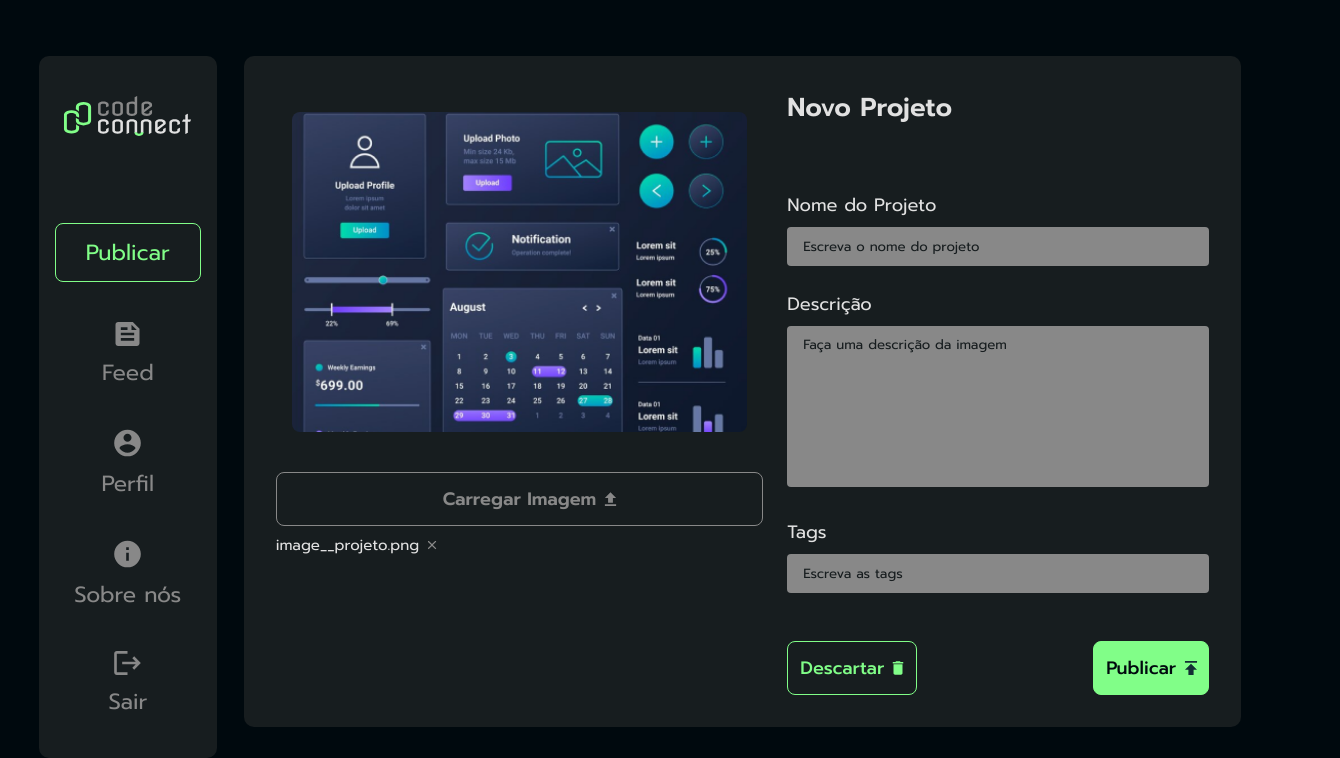
Repository: joaoPraiaJunior/async_await
Page: index.html
An editor plug-in stored every save of this project. The page is shown before and after the next save, followed by the edit.
The browser window is 1280 px wide. The page is 1280 px wide, then 1340 px, then 1280 px, so the pictures cover 1340 px, including what lies to the right of the window. The pictures show the whole page.

Above is the page before, as saved 2024-08-27 00:23:13.

After the next save:
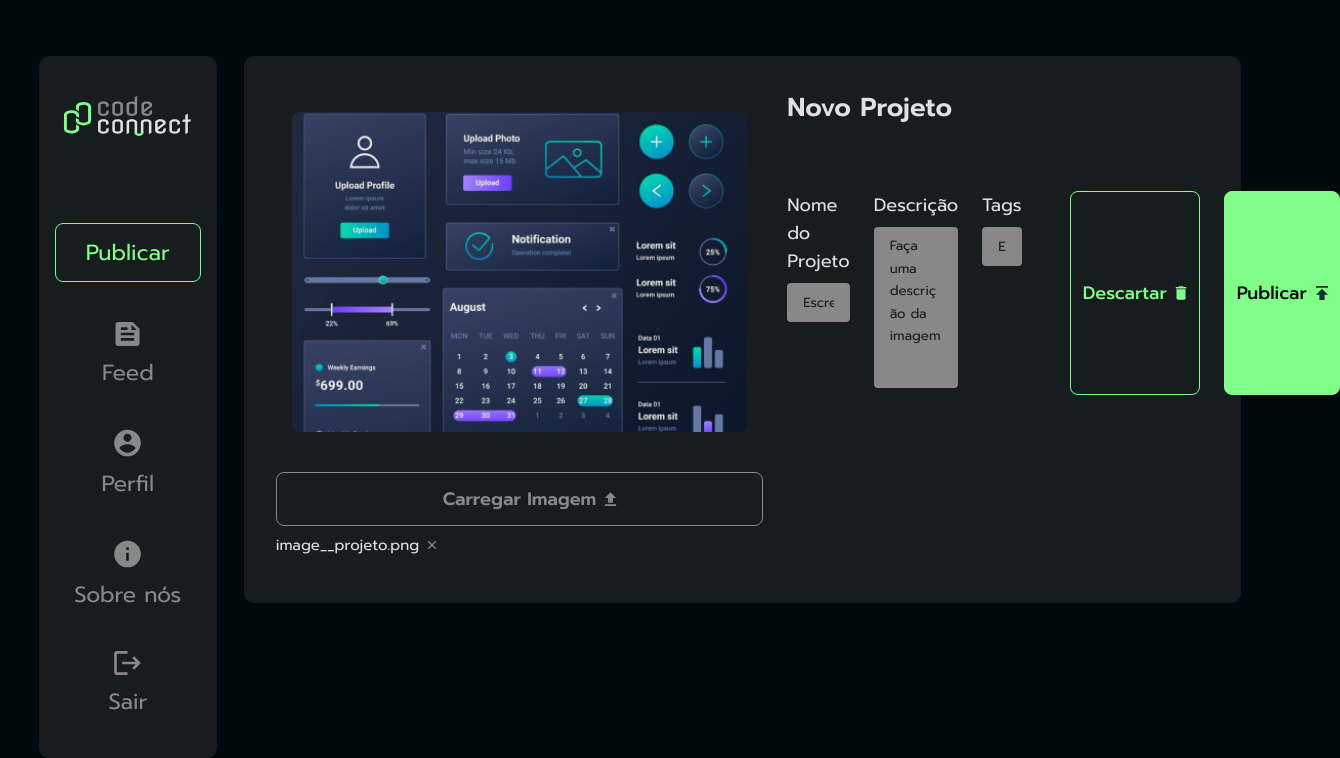
Saved 77 s later.
--- a/index.html
+++ b/index.html
@@ -27,14 +27,13 @@
     </aside>
 
     <main class="l-principal">
-        <form class="c-formulario__acoes" data-js="formulario">
         <div class="c-upload-imagem">
             <div class="c-upload-imagem__container">
                 <figure class="c-upload-imagem__publicacao">
                     <img src="./img/imagem1.png" data-js="imagem" alt>
                 </figure>
             </div>
-            <button type="button" class="c-upload-imagem__botao" aria-label="carregar imagem" data-js="upload-de-imagem" aria-label="carregar-imagem">Carregar Imagem</button>
+            <button class="c-upload-imagem__botao" aria-label="carregar imagem" data-js="upload-de-imagem" aria-label="carregar-imagem">Carregar Imagem</button>
             <input type="file" name="imagem" id="imagem" accept="image/*" aria-hidden="true" style="display:none" data-js="input-upload-imagem">
             <div class="c-upload-imagem__descricao">
                 <p data-js="descricao-da-imagem">image__projeto.png</p>
@@ -47,6 +46,7 @@
 
         <div class="c-formulario">
             <h1 class="c-formulario__titulo">Novo Projeto</h1>
+            <form class="c-formulario__acoes" data-js="formulario">
 
                 <div class="c-formulario__grupo">
                     <label for="projeto">Nome do Projeto</label>

After the save that followed:
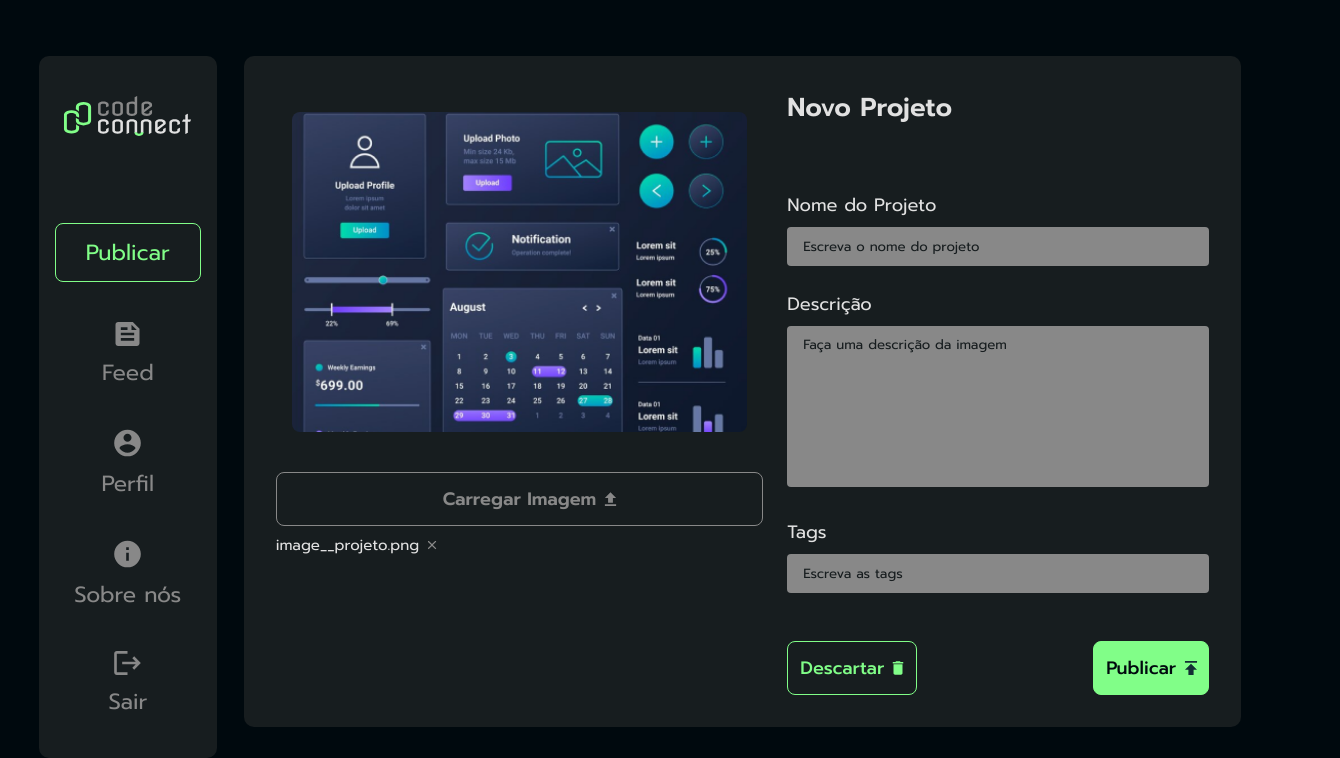
Saved 14 s later.
--- a/css/styles.css
+++ b/css/styles.css
@@ -90,7 +90,7 @@ body {
 
 .c-formulario__acoes {
   display: flex;
-  /* flex-direction: column; */
+  flex-direction: column;
   gap: 2.4rem;
 }
 
